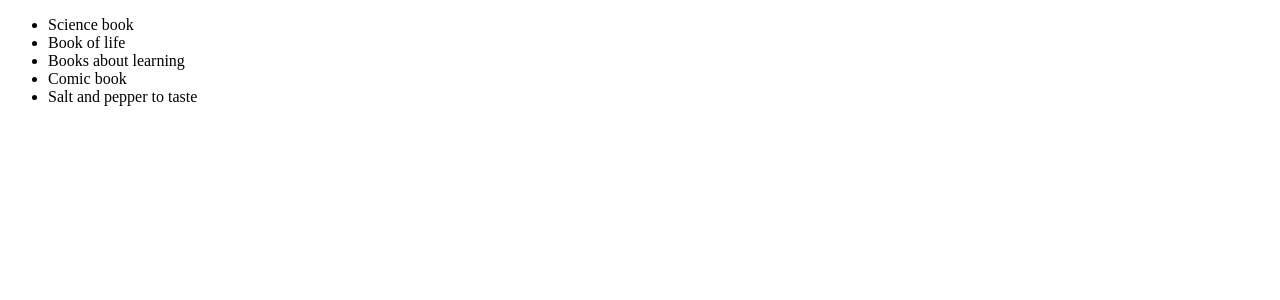
Repository: Helianthusss/Learn-CPP
Page: HTML/btvn22/bai 2/thuvien.html
The author's editor kept a copy of each file at every save. The page is drawn from the files as they stood at one save, then again after the next save.
The browser window is 1280 px wide. The pictures show the whole page.

Above is the page before, as saved 2021-09-22 14:10:17.

After the next save:
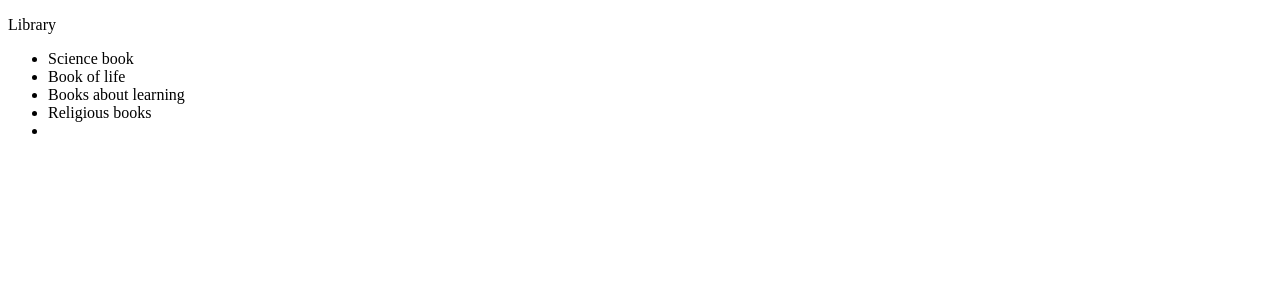
Saved 70 s later.
--- a/HTML/btvn22/bai 2/thuvien.html
+++ b/HTML/btvn22/bai 2/thuvien.html
@@ -7,12 +7,13 @@
     <title>Document</title>
   </head>
   <body>
+    <p>Library</p>
     <ul>
       <li>Science book</li>
       <li>Book of life</li>
       <li>Books about learning</li>
-      <li>Comic book</li>
-      <li>Salt and pepper to taste</li>
+      <li>Religious books</li>
+      <li></li>
     </ul>
   </body>
 </html>
